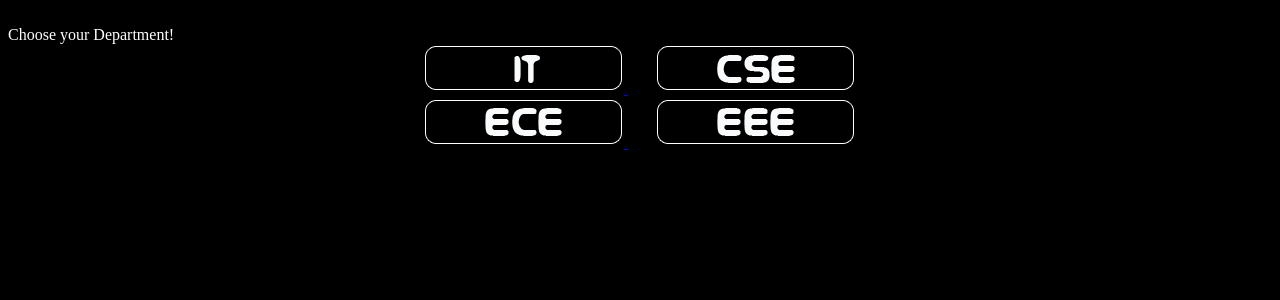
Repository: vigineshs/Mobile-Applications
Page: AnnaUniv GPA Calc/AnnaUniv GPA Calculator w/assets/www/home.html
An editor plug-in stored every save of this project. The page is shown before and after the next save, followed by the edit.
The browser window is 1280 px wide. The pictures show the whole page.

Above is the page before, as saved 2012-05-05 08:19:37.

### AnnaUniv GPA Calc/AnnaUniv GPA Calculator w/assets/www/home.html
<!DOCTYPE HTML>
<html>
<head>
<title>PhoneGap</title>
<script type="text/javascript" charset="utf-8" src="/AnnaUniv GPA Calculator/assets/www/cordova-1.7.0.js"></script>

</head>
<body style="background-color:black; color:white" >
<br /> Choose your Department! <br />
<center>
<a href="it.html" onmouseover="document.cont.src='it.png'" onclick="document.cont.src='it.png'" onMouseOut="document.cont.src='it1.png'" ><img src="it1.png" name="cont" border="0" /> </a>
&nbsp;&nbsp;&nbsp;&nbsp;&nbsp;&nbsp;
<a href="cse.html" onmouseover="document.con.src='it.png'" onclick="document.con.src='it.png'" onMouseOut="document.con.src='cse1.png'" ><img src="cse1.png" name="con" border="0" /> </a><br/>
<a href="ece.html"  onmouseover="document.contt.src='ece.png'" onclick="document.contt.src='ece.png'" onMouseOut="document.contt.src='ece1.png'" ><img src="ece1.png" name="contt" border="0" /> </a>&nbsp;&nbsp;&nbsp;&nbsp;&nbsp;&nbsp;
<a href="eee.html"  onmouseover="document.conts.src='eee.png'" onclick="document.conts.src='eee.png'" onMouseOut="document.conts.src='eee1.png'" ><img src="eee1.png" name="conts" border="0" /> </a><br/>
</center>
</body>
</html>

Loaded but not shown: AnnaUniv GPA Calc/AnnaUniv GPA Calculator w/assets/www/cordova-1.7.0.js (library)

After the next save:
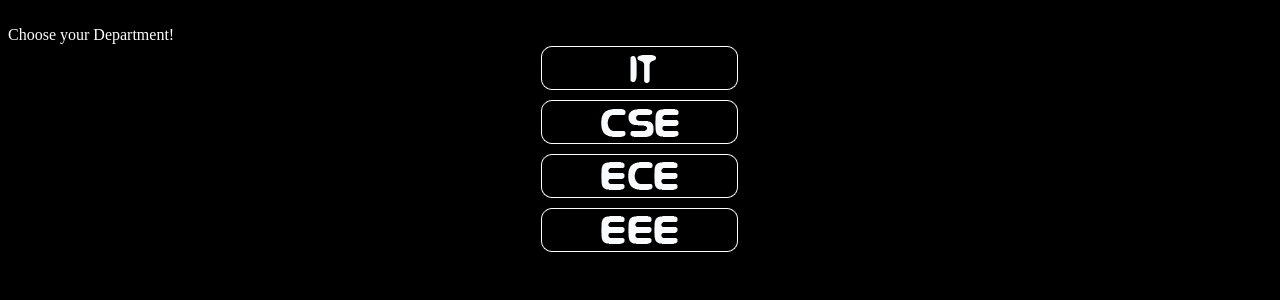
Saved 30 s later.
--- a/AnnaUniv GPA Calc/AnnaUniv GPA Calculator w/assets/www/home.html
+++ b/AnnaUniv GPA Calc/AnnaUniv GPA Calculator w/assets/www/home.html
@@ -8,10 +8,10 @@
 <body style="background-color:black; color:white" >
 <br /> Choose your Department! <br />
 <center>
-<a href="it.html" onmouseover="document.cont.src='it.png'" onclick="document.cont.src='it.png'" onMouseOut="document.cont.src='it1.png'" ><img src="it1.png" name="cont" border="0" /> </a>
-&nbsp;&nbsp;&nbsp;&nbsp;&nbsp;&nbsp;
+<a href="it.html" onmouseover="document.cont.src='it.png'" onclick="document.cont.src='it.png'" onMouseOut="document.cont.src='it1.png'" ><img src="it1.png" name="cont" border="0" /> </a><br/>
+
 <a href="cse.html" onmouseover="document.con.src='it.png'" onclick="document.con.src='it.png'" onMouseOut="document.con.src='cse1.png'" ><img src="cse1.png" name="con" border="0" /> </a><br/>
-<a href="ece.html"  onmouseover="document.contt.src='ece.png'" onclick="document.contt.src='ece.png'" onMouseOut="document.contt.src='ece1.png'" ><img src="ece1.png" name="contt" border="0" /> </a>&nbsp;&nbsp;&nbsp;&nbsp;&nbsp;&nbsp;
+<a href="ece.html"  onmouseover="document.contt.src='ece.png'" onclick="document.contt.src='ece.png'" onMouseOut="document.contt.src='ece1.png'" ><img src="ece1.png" name="contt" border="0" /> </a><br/>
 <a href="eee.html"  onmouseover="document.conts.src='eee.png'" onclick="document.conts.src='eee.png'" onMouseOut="document.conts.src='eee1.png'" ><img src="eee1.png" name="conts" border="0" /> </a><br/>
 </center>
 </body>
